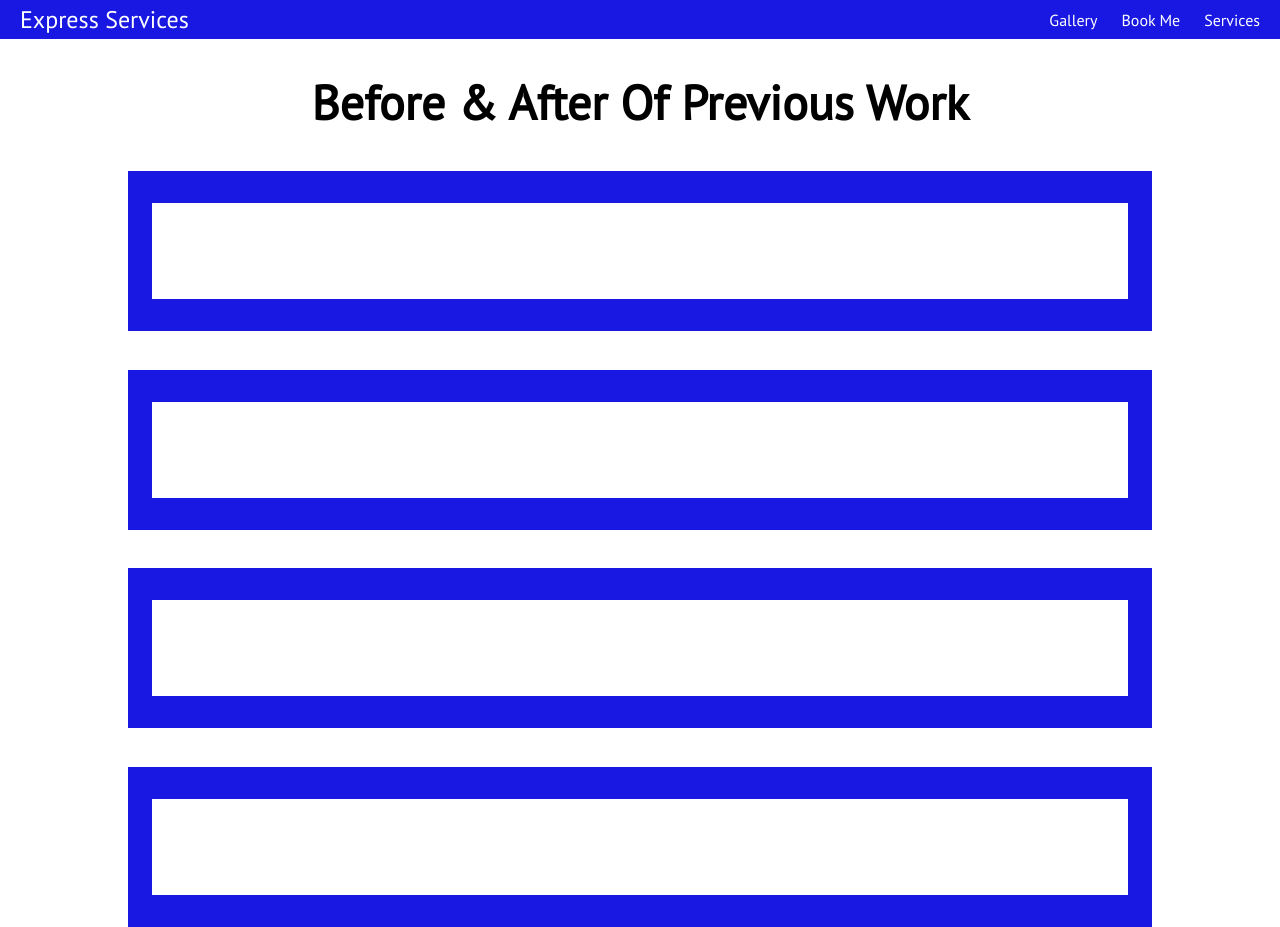
Repository: DrummerDee/mir-miami
Page: /Gallery (app in mr-miami/)
The author's editor kept a copy of each file at every save. The page is drawn from the files as they stood at one save, then again after the next save.
The browser window is 1280 px wide. The pictures show the whole page.
The project was rebuilt for these pictures with package versions that can differ from the ones it lists, and the page was loaded fresh each time. Also part of the build but not shown: mr-miami/src/Styles/Services.css, mr-miami/src/Components/Services.js, mr-miami/src/Components/Homepage.js, mr-miami/src/Styles/Calendar.css, mr-miami/src/Styles/Times.css, mr-miami/src/Components/Times.js, mr-miami/src/Components/Time.js, mr-miami/src/Components/BookMe.js.

Above is the page before, as saved 2022-09-08 21:52:01.

After the next save:
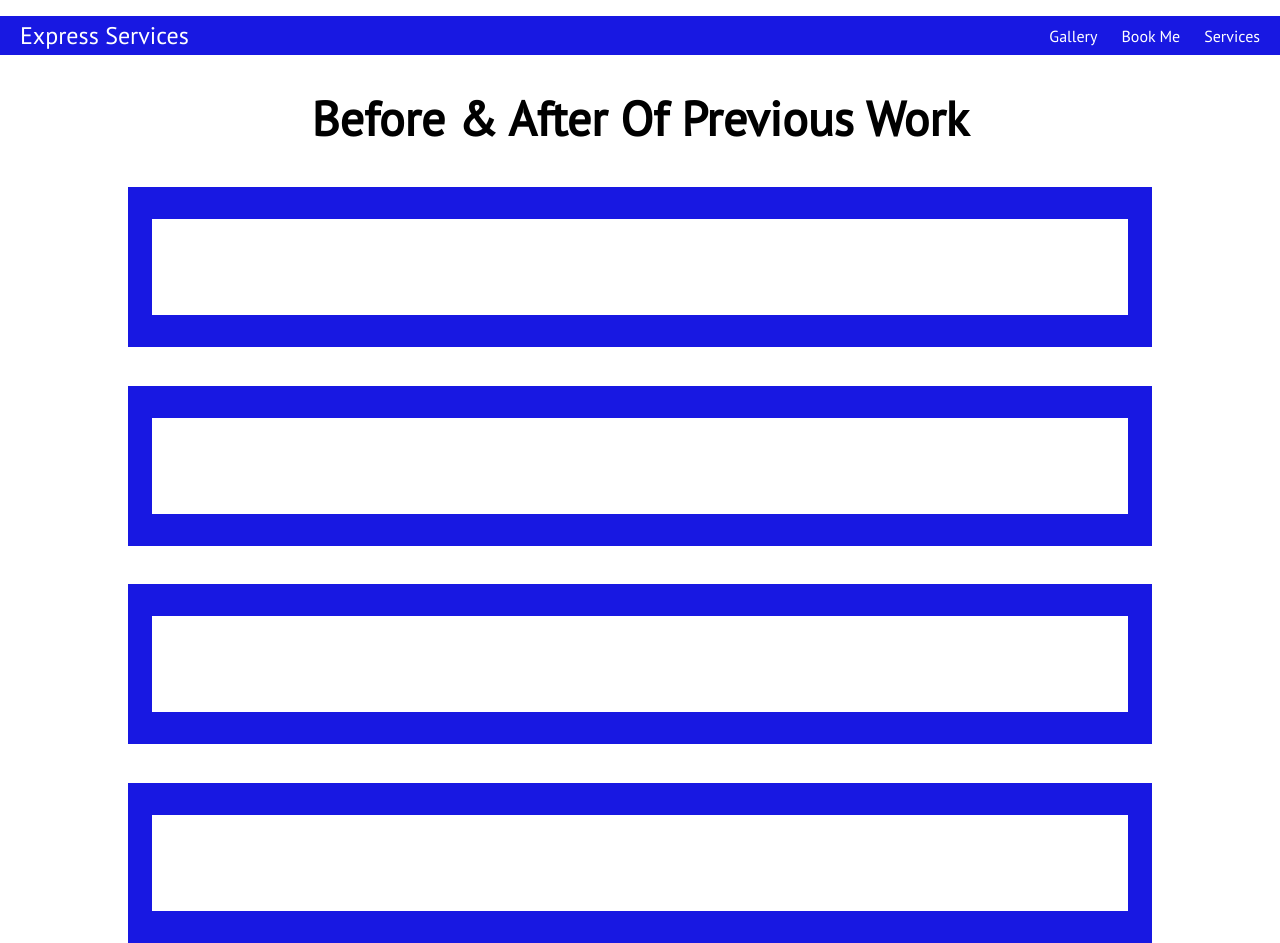
Saved 4 s later.
--- a/mr-miami/src/Styles/Homepage.css
+++ b/mr-miami/src/Styles/Homepage.css
@@ -19,7 +19,7 @@
   align-items: stretch;
   gap: 2rem;
   padding: 0 1rem;
-  margin-top: 1
+  margin-top: 1rem;
 }
 
 .nav ul {
